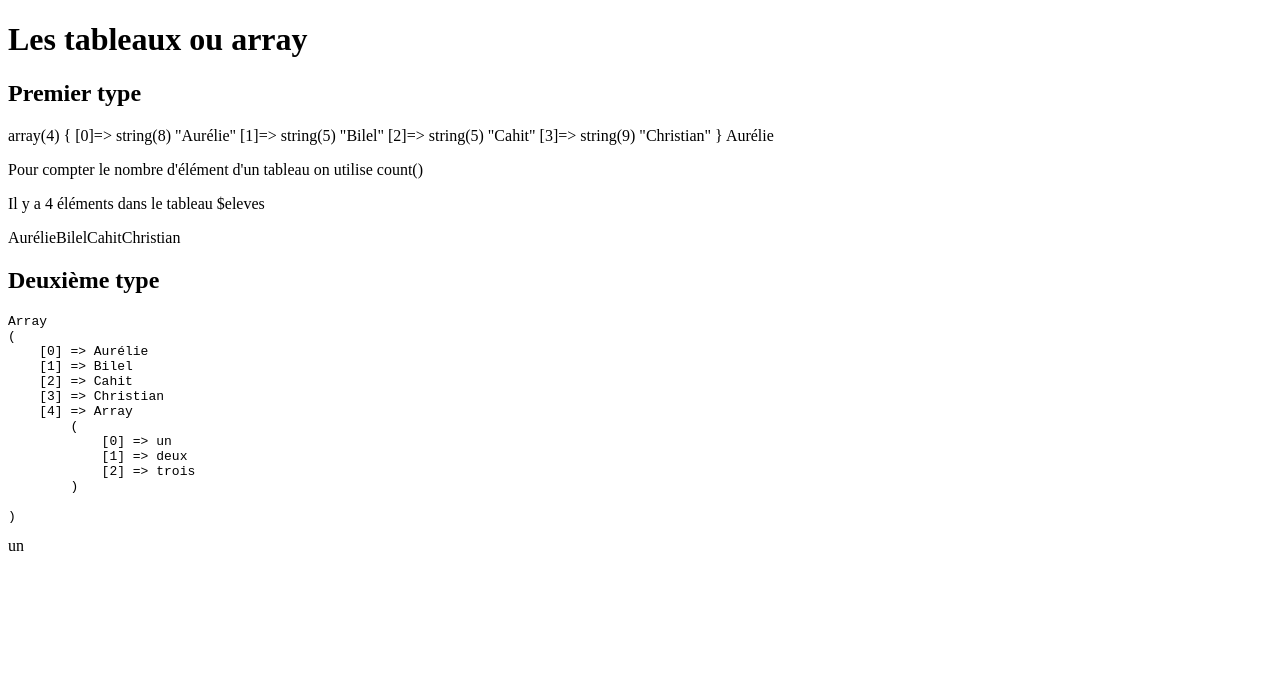
Repository: QuentinFayt/base-php-2021
Page: http://localhost/les_arrays.php
An editor plug-in stored every save of this project. The page is shown before and after the next save, followed by the edit.
The browser window is 1280 px wide. The pictures show the whole page.
The page is run by PHP 8.4 with error messages shown; the project is at /var/www/html/.

Above is the page before, as saved 2021-07-07 11:53:20.

After the next save:
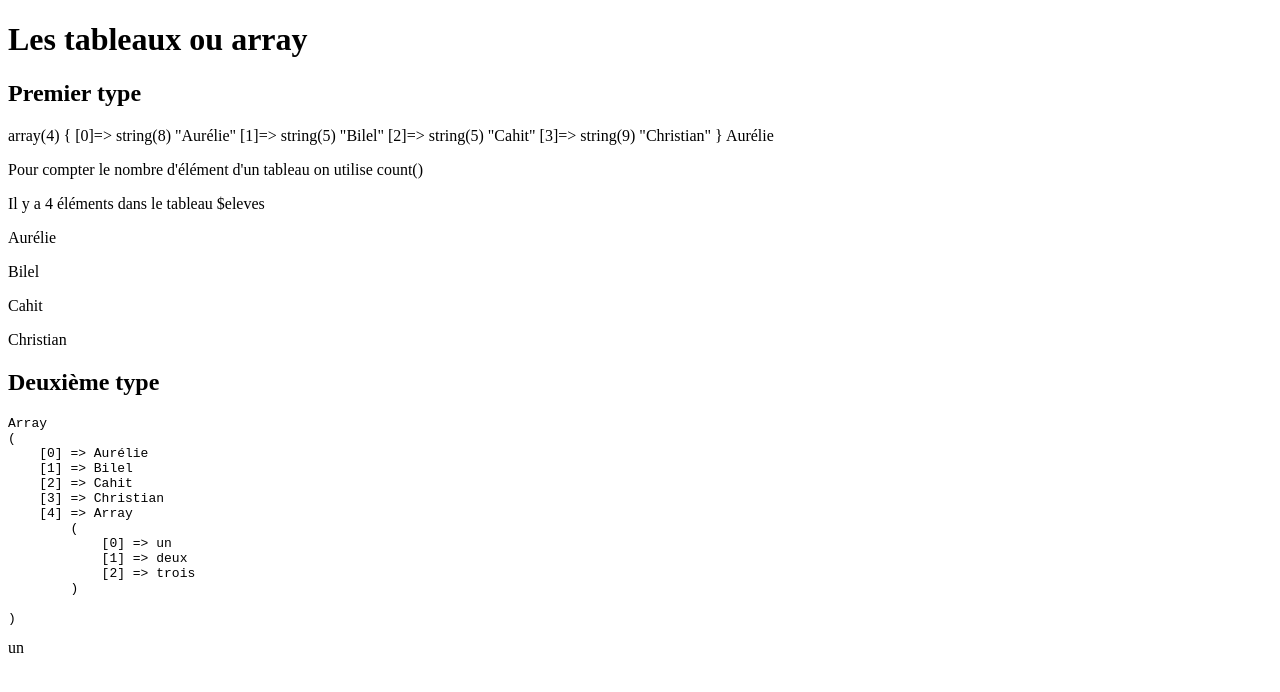
Saved 14 s later.
--- a/les_arrays.php
+++ b/les_arrays.php
@@ -28,7 +28,7 @@
         echo "<p>Il y a ".$nbEleves.' éléments dans le tableau $eleves</p>';
 
         for($n=0;$n<$nbEleves;$n++){
-            echo $eleves[$n];
+            echo "<p>$eleves[$n]</p>";
         }
 
     ?>
